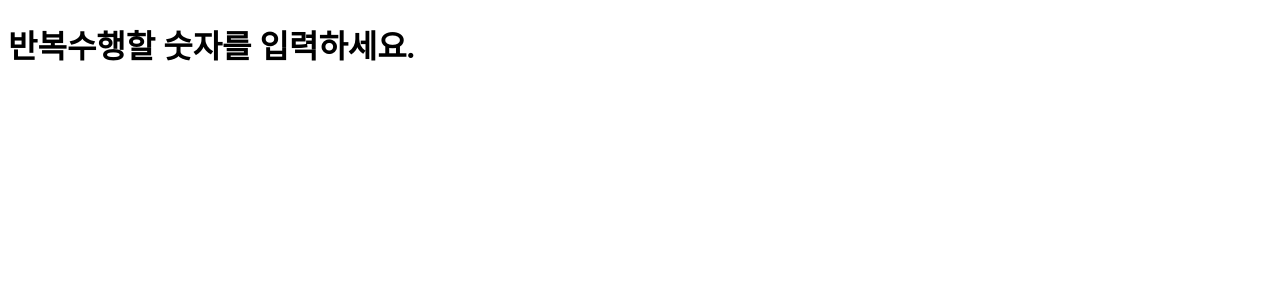
Repository: BangHoJung/jsp
Page: http://localhost/Step02/1229/quest_p205.jsp
These files come from the project's save history. The page is drawn as it stood at one moment and after the next save; the edit follows.
The browser window is 1280 px wide. The pictures show the whole page.
The page is served by Tomcat 9.

Above is the page before, as saved 2020-12-29 03:22:24.

After the next save:
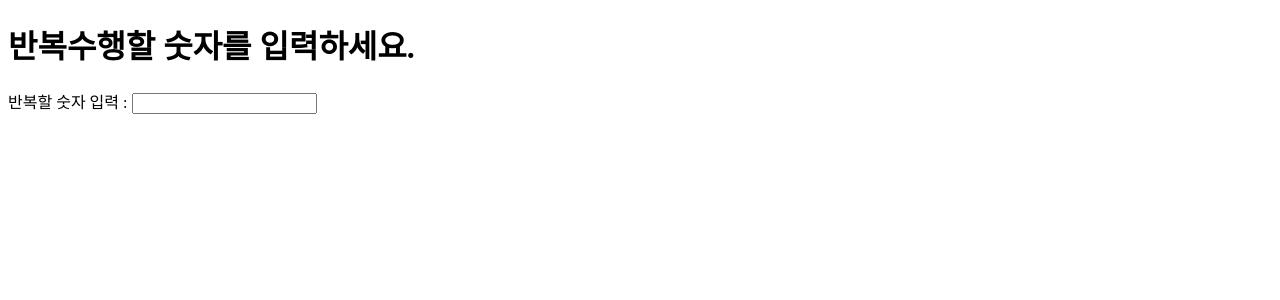
Saved 20 s later.
--- a/Step02/WebContent/1229/quest_p205.jsp
+++ b/Step02/WebContent/1229/quest_p205.jsp
@@ -9,7 +9,7 @@
 <body>
 	<h1>반복수행할 숫자를 입력하세요.</h1>
 	<form action="quest_p205_process.jsp" method="get">
-
+		반복할 숫자 입력 : <input type="text" name="num">
 	</form>
 </body>
 </html>
